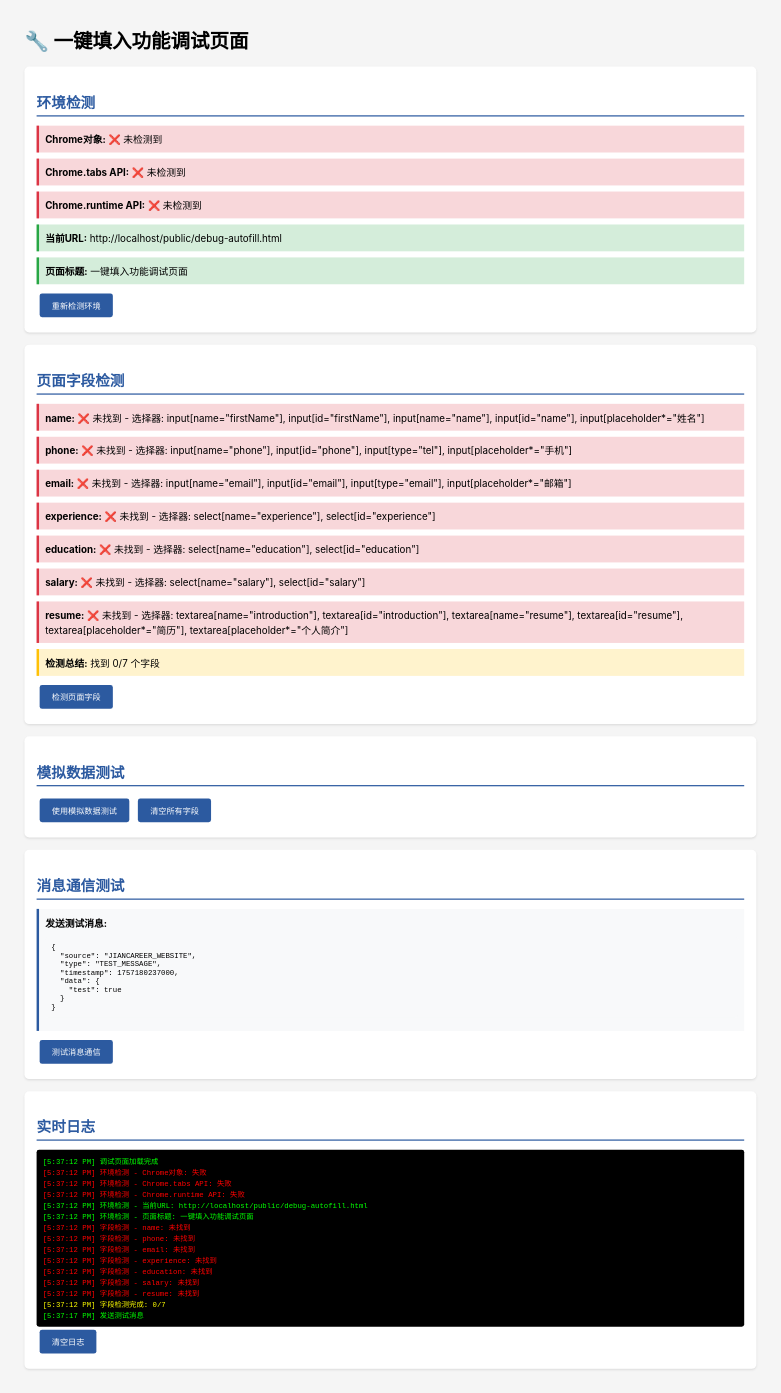
Repository: Zion74/jiancareer-chrome-main-zhn
Page: public/debug-autofill.html
An editor plug-in stored every save of this project. The page is shown before and after the next save, followed by the edit.
The browser window is 1280 px wide. The pictures show the whole page, at 61% of full size.
After loading, the first visible `button[onclick="testMessageCommunication()"]` was clicked once.

Above is the page before, as saved 2025-09-09 22:23:47.

### public/debug-autofill.html
<!DOCTYPE html>
<html lang="zh-CN">
<head>
    <meta charset="UTF-8">
    <meta name="viewport" content="width=device-width, initial-scale=1.0">
    <title>一键填入功能调试页面</title>
    <style>
        body {
            font-family: -apple-system, BlinkMacSystemFont, 'Segoe UI', Roboto, sans-serif;
            max-width: 1200px;
            margin: 0 auto;
            padding: 20px;
            background: #f5f5f5;
        }
        .debug-container {
            background: white;
            border-radius: 8px;
            padding: 20px;
            margin-bottom: 20px;
            box-shadow: 0 2px 4px rgba(0,0,0,0.1);
        }
        .debug-title {
            color: #2c5aa0;
            margin-bottom: 15px;
            border-bottom: 2px solid #2c5aa0;
            padding-bottom: 5px;
        }
        .debug-item {
            margin: 10px 0;
            padding: 10px;
            background: #f8f9fa;
            border-left: 4px solid #2c5aa0;
        }
        .success { border-left-color: #28a745; background: #d4edda; }
        .error { border-left-color: #dc3545; background: #f8d7da; }
        .warning { border-left-color: #ffc107; background: #fff3cd; }
        .btn {
            background: #2c5aa0;
            color: white;
            border: none;
            padding: 10px 20px;
            border-radius: 4px;
            cursor: pointer;
            margin: 5px;
        }
        .btn:hover { background: #1e3d6f; }
        pre {
            background: #f8f9fa;
            padding: 10px;
            border-radius: 4px;
            overflow-x: auto;
            font-size: 12px;
        }
        .log-container {
            max-height: 300px;
            overflow-y: auto;
            background: #000;
            color: #0f0;
            padding: 10px;
            border-radius: 4px;
            font-family: 'Courier New', monospace;
            font-size: 12px;
        }
    </style>
</head>
<body>
    <h1>🔧 一键填入功能调试页面</h1>

    <div class="debug-container">
        <h2 class="debug-title">环境检测</h2>
        <div id="environment-check"></div>
        <button class="btn" onclick="checkEnvironment()">重新检测环境</button>
    </div>

    <div class="debug-container">
        <h2 class="debug-title">页面字段检测</h2>
        <div id="field-check"></div>
        <button class="btn" onclick="checkFields()">检测页面字段</button>
    </div>

    <div class="debug-container">
        <h2 class="debug-title">模拟数据测试</h2>
        <div id="data-test"></div>
        <button class="btn" onclick="testWithMockData()">使用模拟数据测试</button>
        <button class="btn" onclick="clearAllFields()">清空所有字段</button>
    </div>

    <div class="debug-container">
        <h2 class="debug-title">消息通信测试</h2>
        <div id="message-test"></div>
        <button class="btn" onclick="testMessageCommunication()">测试消息通信</button>
    </div>

    <div class="debug-container">
        <h2 class="debug-title">实时日志</h2>
        <div id="log-container" class="log-container"></div>
        <button class="btn" onclick="clearLogs()">清空日志</button>
    </div>

    <script>
        // 日志系统
        function log(message, type = 'info') {
            const timestamp = new Date().toLocaleTimeString();
            const logContainer = document.getElementById('log-container');
            const colors = {
                info: '#0f0',
                error: '#f00',
                warning: '#ff0',
                success: '#0f0'
            };

            const logEntry = document.createElement('div');
            logEntry.style.color = colors[type] || '#0f0';
            logEntry.textContent = `[${timestamp}] ${message}`;
            logContainer.appendChild(logEntry);
            logContainer.scrollTop = logContainer.scrollHeight;
        }

        function clearLogs() {
            document.getElementById('log-container').innerHTML = '';
        }

        // 环境检测
        function checkEnvironment() {
            const container = document.getElementById('environment-check');
            container.innerHTML = '';

            const checks = [
                {
                    name: 'Chrome对象',
                    test: () => typeof chrome !== 'undefined',
                    result: typeof chrome !== 'undefined'
                },
                {
                    name: 'Chrome.tabs API',
                    test: () => typeof chrome !== 'undefined' && chrome.tabs,
                    result: typeof chrome !== 'undefined' && chrome.tabs
                },
                {
                    name: 'Chrome.runtime API',
                    test: () => typeof chrome !== 'undefined' && chrome.runtime,
                    result: typeof chrome !== 'undefined' && chrome.runtime
                },
                {
                    name: '当前URL',
                    test: () => window.location.href,
                    result: window.location.href
                },
                {
                    name: '页面标题',
                    test: () => document.title,
                    result: document.title
                }
            ];

            checks.forEach(check => {
                const div = document.createElement('div');
                div.className = `debug-item ${check.result ? 'success' : 'error'}`;
                div.innerHTML = `<strong>${check.name}:</strong> ${check.result || '❌ 未检测到'}`;
                container.appendChild(div);

                log(`环境检测 - ${check.name}: ${check.result || '失败'}`, check.result ? 'success' : 'error');
            });
        }

        // 字段检测
        function checkFields() {
            const container = document.getElementById('field-check');
            container.innerHTML = '';

            // 模拟content.js中的字段映射
            const fieldMappings = {
                name: 'input[name="firstName"], input[id="firstName"], input[name="name"], input[id="name"], input[placeholder*="姓名"]',
                phone: 'input[name="phone"], input[id="phone"], input[type="tel"], input[placeholder*="手机"]',
                email: 'input[name="email"], input[id="email"], input[type="email"], input[placeholder*="邮箱"]',
                experience: 'select[name="experience"], select[id="experience"]',
                education: 'select[name="education"], select[id="education"]',
                salary: 'select[name="salary"], select[id="salary"]',
                resume: 'textarea[name="introduction"], textarea[id="introduction"], textarea[name="resume"], textarea[id="resume"], textarea[placeholder*="简历"], textarea[placeholder*="个人简介"]'
            };

            let foundFields = 0;
            let totalFields = Object.keys(fieldMappings).length;

            Object.entries(fieldMappings).forEach(([fieldType, selector]) => {
                const element = document.querySelector(selector);
                const div = document.createElement('div');
                div.className = `debug-item ${element ? 'success' : 'error'}`;

                if (element) {
                    foundFields++;
                    div.innerHTML = `<strong>${fieldType}:</strong> ✅ 找到元素 - ${element.tagName.toLowerCase()}${element.id ? '#' + element.id : ''}${element.name ? '[name="' + element.name + '"]' : ''}`;
                    log(`字段检测 - ${fieldType}: 找到`, 'success');
                } else {
                    div.innerHTML = `<strong>${fieldType}:</strong> ❌ 未找到 - 选择器: ${selector}`;
                    log(`字段检测 - ${fieldType}: 未找到`, 'error');
                }

                container.appendChild(div);
            });

            // 添加总结
            const summary = document.createElement('div');
            summary.className = `debug-item ${foundFields === totalFields ? 'success' : 'warning'}`;
            summary.innerHTML = `<strong>检测总结:</strong> 找到 ${foundFields}/${totalFields} 个字段`;
            container.appendChild(summary);

            log(`字段检测完成: ${foundFields}/${totalFields}`, foundFields === totalFields ? 'success' : 'warning');
        }

        // 模拟数据测试
        function testWithMockData() {
            const container = document.getElementById('data-test');
            container.innerHTML = '';

            const mockData = {
                name: '张三',
                phone: '13800138000',
                email: 'zhangsan@example.com',
                experience: '3-5',
                education: '本科',
                salary: '12k-18k',
                resume: '我是一名有经验的软件工程师，熟悉JavaScript、Python等编程语言，具有3年以上的项目开发经验。'
            };

            const fieldMappings = {
                name: 'input[name="firstName"], input[id="firstName"], input[name="name"], input[id="name"]',
                phone: 'input[name="phone"], input[id="phone"], input[type="tel"]',
                email: 'input[name="email"], input[id="email"], input[type="email"]',
                experience: 'select[name="experience"], select[id="experience"]',
                education: 'select[name="education"], select[id="education"]',
                salary: 'select[name="salary"], select[id="salary"]',
                resume: 'textarea[name="introduction"], textarea[id="introduction"]'
            };

            let filledCount = 0;
            let totalCount = Object.keys(fieldMappings).length;

            Object.entries(fieldMappings).forEach(([fieldType, selector]) => {
                const element = document.querySelector(selector);
                const div = document.createElement('div');

                if (element && mockData[fieldType]) {
                    try {
                        // 模拟content.js的填写逻辑
                        if (element.tagName.toLowerCase() === 'select') {
                            // 处理下拉选择
                            const options = element.querySelectorAll('option');
                            let matched = false;

                            for (const option of options) {
                                if (option.value === mockData[fieldType] ||
                                    option.textContent.includes(mockData[fieldType])) {
                                    element.value = option.value;
                                    matched = true;
                                    break;
                                }
                            }

                            if (!matched && options.length > 1) {
                                element.value = options[1].value;
                            }
                        } else {
                            // 处理文本输入
                            element.value = mockData[fieldType];
                        }

                        // 触发事件
                        element.dispatchEvent(new Event('input', { bubbles: true }));
                        element.dispatchEvent(new Event('change', { bubbles: true }));

                        filledCount++;
                        div.className = 'debug-item success';
                        div.innerHTML = `<strong>${fieldType}:</strong> ✅ 填写成功 - "${mockData[fieldType]}"`;
                        log(`填写测试 - ${fieldType}: 成功填写 "${mockData[fieldType]}"`, 'success');

                        // 添加视觉反馈
                        element.style.backgroundColor = '#d4edda';
                        setTimeout(() => {
                            element.style.backgroundColor = '';
                        }, 2000);

                    } catch (error) {
                        div.className = 'debug-item error';
                        div.innerHTML = `<strong>${fieldType}:</strong> ❌ 填写失败 - ${error.message}`;
                        log(`填写测试 - ${fieldType}: 填写失败 - ${error.message}`, 'error');
                    }
                } else {
                    div.className = 'debug-item warning';
                    div.innerHTML = `<strong>${fieldType}:</strong> ⚠️ 跳过 - ${!element ? '元素未找到' : '无数据'}`;
                    log(`填写测试 - ${fieldType}: 跳过`, 'warning');
                }

                container.appendChild(div);
            });

            // 添加总结
            const summary = document.createElement('div');
            summary.className = `debug-item ${filledCount === totalCount ? 'success' : 'warning'}`;
            summary.innerHTML = `<strong>填写总结:</strong> 成功填写 ${filledCount}/${totalCount} 个字段`;
            container.appendChild(summary);

            log(`填写测试完成: ${filledCount}/${totalCount}`, filledCount > 0 ? 'success' : 'error');
        }

        function clearAllFields() {
            const inputs = document.querySelectorAll('input, select, textarea');
            inputs.forEach(input => {
                if (input.type === 'checkbox' || input.type === 'radio') {
                    input.checked = false;
                } else {
                    input.value = '';
                }
                input.dispatchEvent(new Event('input', { bubbles: true }));
                input.dispatchEvent(new Event('change', { bubbles: true }));
            });
            log('已清空所有字段', 'info');
        }

        // 消息通信测试
        function testMessageCommunication() {
            const container = document.getElementById('message-test');
            container.innerHTML = '';

            // 发送握手协议消息以建立与扩展的连接
            const handshakeMessage = {
                source: 'JIANCAREER_WEBSITE',
                type: 'SJ_DETECT_V1',
                timestamp: Date.now(),
                url: window.location.href,
                domain: window.location.hostname
            };

            // 测试window.postMessage
            const testMessage = {
                source: 'JIANCAREER_WEBSITE',
                type: 'TEST_MESSAGE',
                timestamp: Date.now(),
                data: { test: true }
            };

            // 监听消息响应
            const messageListener = (event) => {
                if (event.data.source === 'JIANCAREER_EXTENSION') {
                    const div = document.createElement('div');
                    div.className = 'debug-item success';
                    div.innerHTML = `<strong>收到扩展响应:</strong> <pre>${JSON.stringify(event.data, null, 2)}</pre>`;
                    container.appendChild(div);
                    log(`收到扩展响应: ${event.data.type}`, 'success');

                    window.removeEventListener('message', messageListener);
                }
            };

            window.addEventListener('message', messageListener);

            // 发送测试消息
            window.postMessage(testMessage, '*');

            const div = document.createElement('div');
            div.className = 'debug-item';
            div.innerHTML = `<strong>发送测试消息:</strong> <pre>${JSON.stringify(testMessage, null, 2)}</pre>`;
            container.appendChild(div);
            log('发送测试消息', 'info');

            // 5秒后检查是否收到响应
            setTimeout(() => {
                window.removeEventListener('message', messageListener);
                if (!container.querySelector('.success')) {
                    const errorDiv = document.createElement('div');
                    errorDiv.className = 'debug-item error';
                    errorDiv.innerHTML = '<strong>❌ 未收到扩展响应</strong> - 可能原因：扩展未安装或content script未注入';
                    container.appendChild(errorDiv);
                    log('消息通信测试失败: 未收到响应', 'error');
                }
            }, 5000);
        }

        // 页面加载完成后自动执行检测
        window.addEventListener('load', function() {
            log('调试页面加载完成', 'info');
            checkEnvironment();
            checkFields();
        });

        // 监听来自扩展的消息
        window.addEventListener('message', function(event) {
            if (event.data.source === 'JIANCAREER_EXTENSION') {
                log(`收到扩展消息: ${event.data.type}`, 'info');
                console.log('扩展消息:', event.data);
            }
        });
    </script>
</body>
</html>

After the next save:
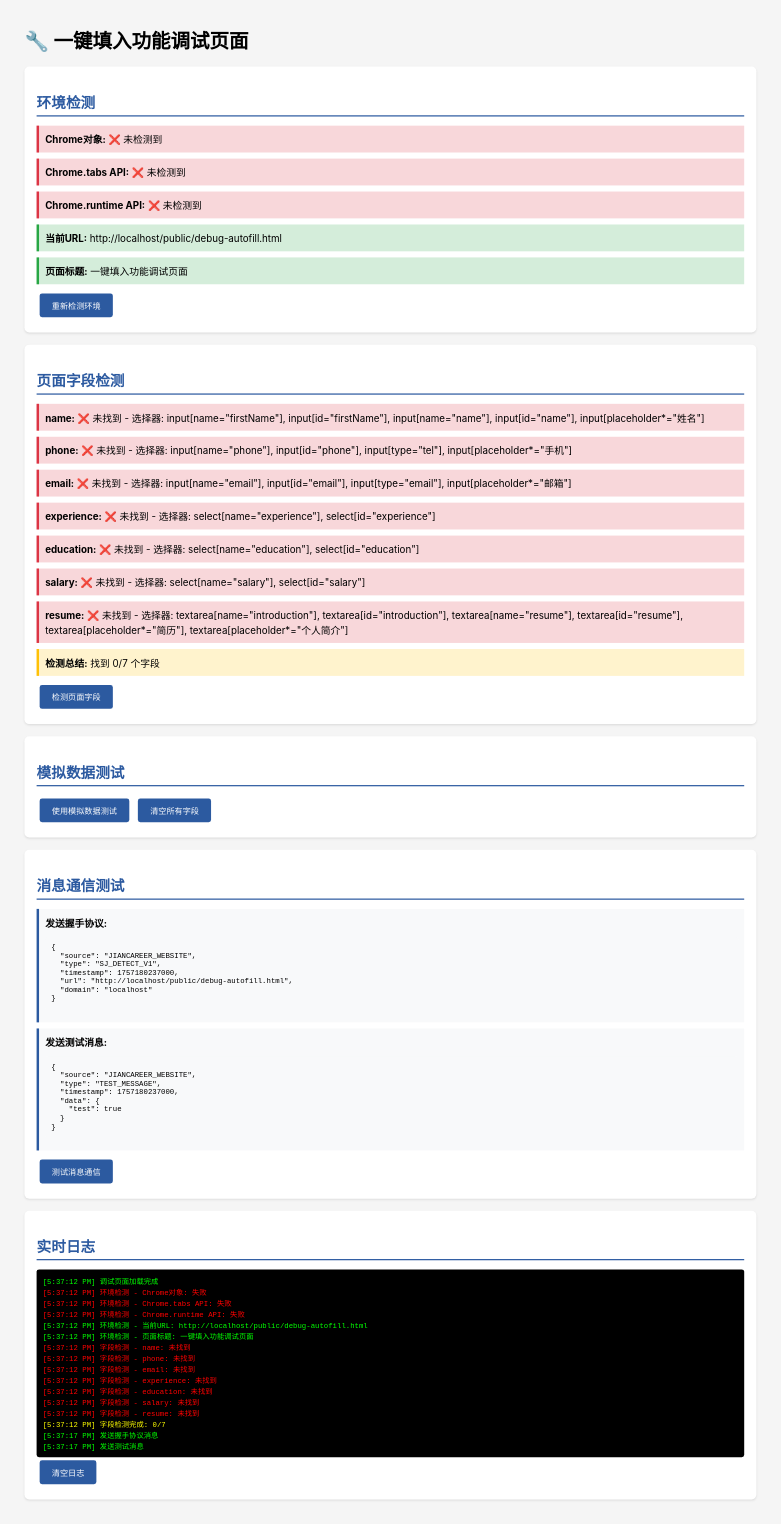
Saved 14 s later.
--- a/public/debug-autofill.html
+++ b/public/debug-autofill.html
@@ -354,14 +354,25 @@
 
             window.addEventListener('message', messageListener);
 
-            // 发送测试消息
-            window.postMessage(testMessage, '*');
-
-            const div = document.createElement('div');
-            div.className = 'debug-item';
-            div.innerHTML = `<strong>发送测试消息:</strong> <pre>${JSON.stringify(testMessage, null, 2)}</pre>`;
-            container.appendChild(div);
-            log('发送测试消息', 'info');
+            // 首先发送握手协议消息
+            window.postMessage(handshakeMessage, '*');
+
+            const handshakeDiv = document.createElement('div');
+            handshakeDiv.className = 'debug-item';
+            handshakeDiv.innerHTML = `<strong>发送握手协议:</strong> <pre>${JSON.stringify(handshakeMessage, null, 2)}</pre>`;
+            container.appendChild(handshakeDiv);
+            log('发送握手协议消息', 'info');
+
+            // 延迟发送测试消息
+            setTimeout(() => {
+                window.postMessage(testMessage, '*');
+
+                const div = document.createElement('div');
+                div.className = 'debug-item';
+                div.innerHTML = `<strong>发送测试消息:</strong> <pre>${JSON.stringify(testMessage, null, 2)}</pre>`;
+                container.appendChild(div);
+                log('发送测试消息', 'info');
+            }, 500);
 
             // 5秒后检查是否收到响应
             setTimeout(() => {
